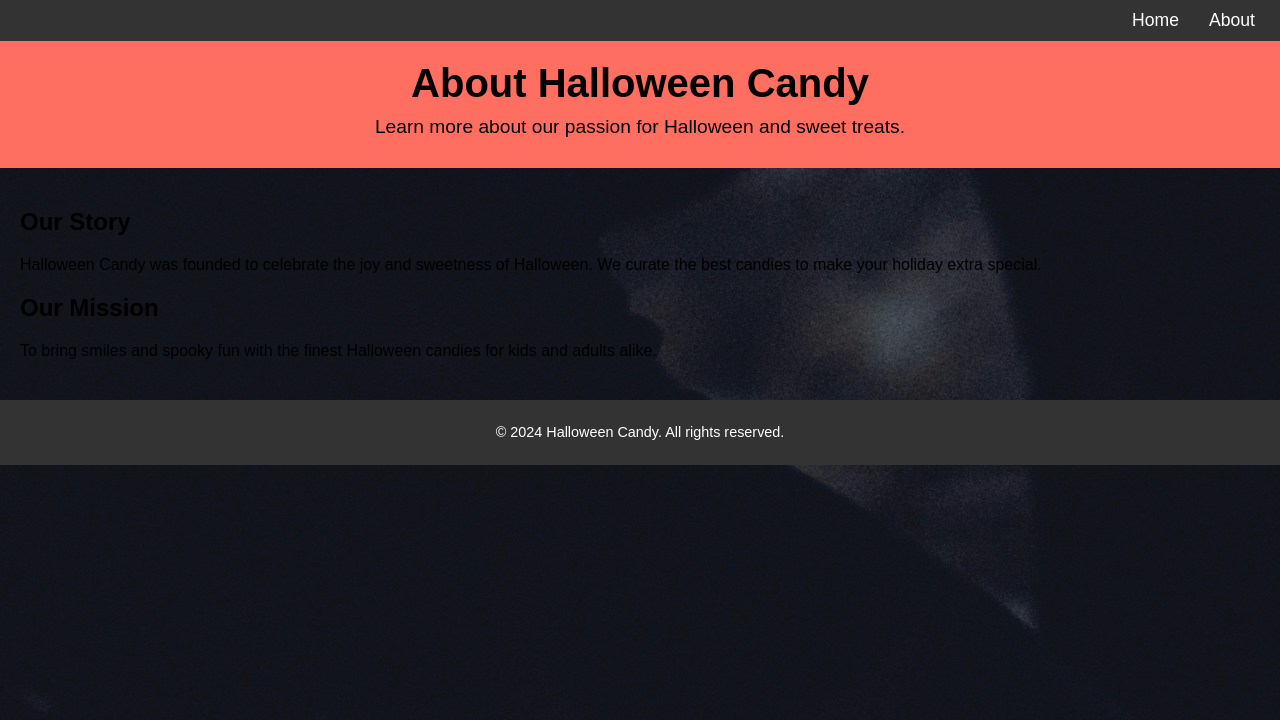
Repository: monicaifijeh/test2
Page: kyportfolio/src/aboutHallo.html
An editor plug-in stored every save of this project. The page is shown before and after a run of saves, followed by the edit.
The browser window is 1280 px wide. The pictures show the whole page.

Above is the page before, as saved 2024-12-20 01:33:39.

### kyportfolio/src/aboutHallo.html
<!DOCTYPE html>
<html lang="en">
  <head>
    <meta charset="UTF-8" />
    <meta name="viewport" content="width=device-width, initial-scale=1.0" />
    <title>About - Halloween Candy</title>
    <link rel="stylesheet" href="kystyle.css" />
  </head>
  <body>
    <nav>
      <ul>
        <li><a href="indexHallo.html">Home</a></li>
        <li><a href="aboutHallo.html">About</a></li>
      </ul>
    </nav>
    <header>
      <h1>About Halloween Candy</h1>
      <p>Learn more about our passion for Halloween and sweet treats.</p>
    </header>
    <main>
      <section>
        <h2>Our Story</h2>
        <p>
          Halloween Candy was founded to celebrate the joy and sweetness of
          Halloween. We curate the best candies to make your holiday extra
          special.
        </p>
      </section>
      <section>
        <h2>Our Mission</h2>
        <p>
          To bring smiles and spooky fun with the finest Halloween candies for
          kids and adults alike.
        </p>
      </section>
    </main>
    <footer>
      <p>&copy; 2024 Halloween Candy. All rights reserved.</p>
    </footer>
  </body>
</html>

### kyportfolio/src/kystyle.css
body {
    font-family: Arial, sans-serif;
    margin: 0;
    padding: 0;
background-image: url(freestocks-twVS-YjQn9Y-unsplash.jpg);
background-repeat: no-repeat;
ba
}

header {
    text-align: center;
    padding: 20px;
    background-color: #ff6f61;
}

header h1 {
    margin: 0;
    font-size: 2.5rem;
}

header p {
    margin: 10px 0;
    font-size: 1.2rem;
}

nav ul {
    display: flex;
    justify-content: right;
    list-style: none;
    padding: 10px;
    background-color: #333;
    margin: 0;
}

nav ul li {
    margin: 0 15px;
}

nav ul li a {
    text-decoration: none;
    color: #fff;
    font-size: 1.1rem;
}

nav ul li a:hover {
    text-decoration: underline;
}

main {
    padding: 20px;
}

section {
    margin-bottom: 20px;
}

footer {
    text-align: center;
    padding: 10px;
    background-color: #333;
    color: #fff;
    font-size: 0.9rem;
}

After the next 2 saves:
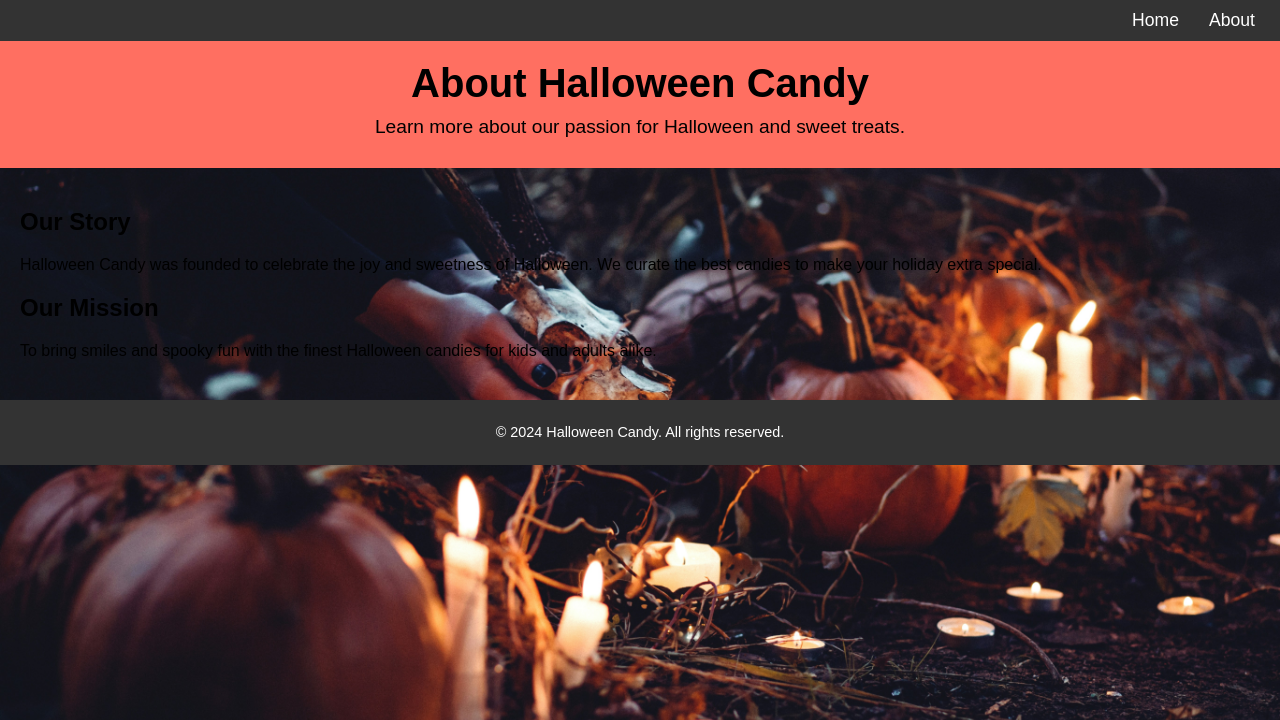
The 2 saves are shown as one change because they came seconds apart.
The last was saved 11 s later.
--- a/kyportfolio/src/kystyle.css
+++ b/kyportfolio/src/kystyle.css
@@ -4,7 +4,7 @@ body {
     padding: 0;
 background-image: url(freestocks-twVS-YjQn9Y-unsplash.jpg);
 background-repeat: no-repeat;
-ba
+background-size: cover;
 }
 
 header {
